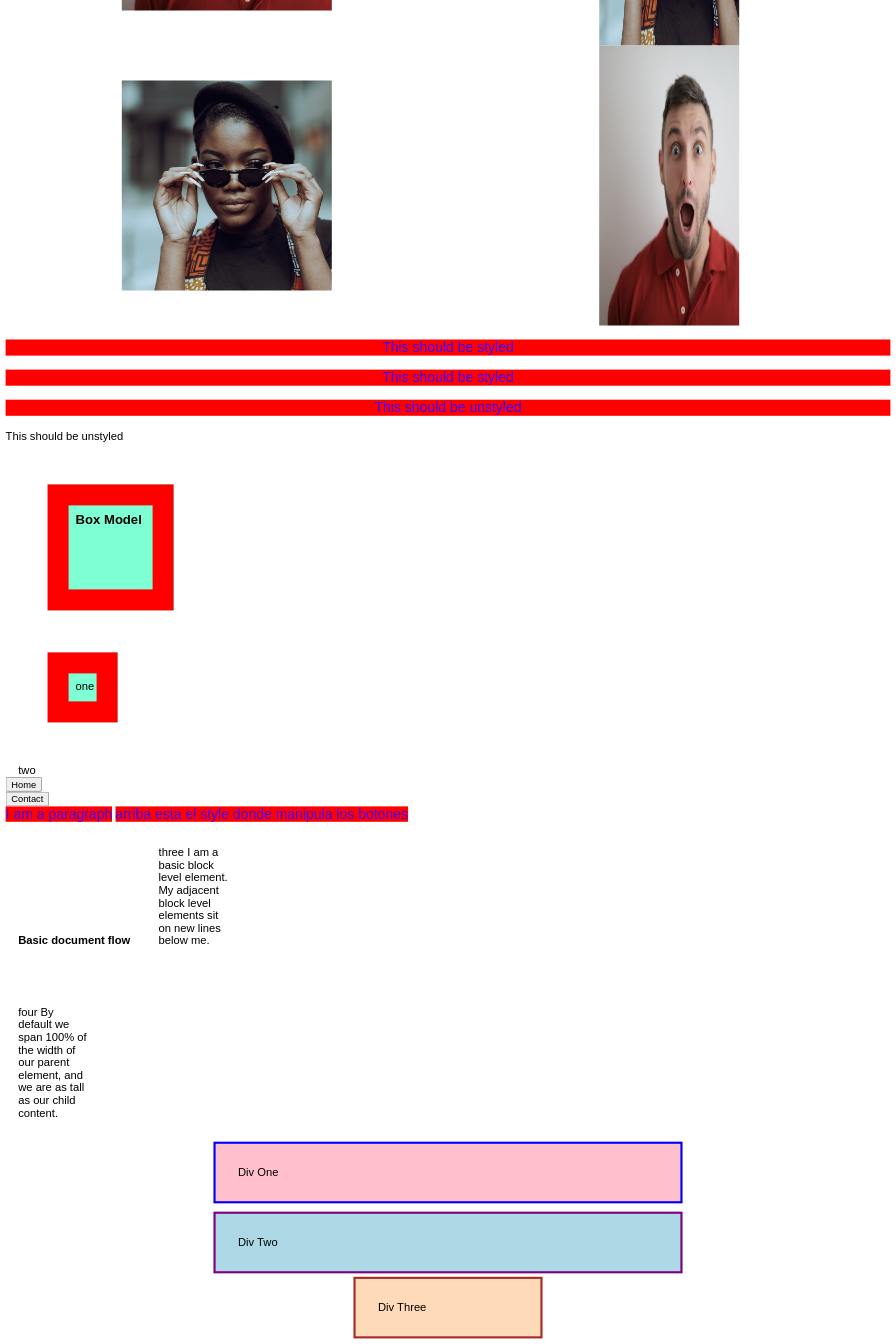
Repository: HeliosAI9/First-test-website
Page: mywebsite/html-boilerplate/pagetwo.html
The author's editor kept a copy of each file at every save. The page is drawn from the files as they stood at one save, then again after the next save.
The browser window is 1280 px wide. The pictures show the part of the page from y = 990 to 2910 px (the page is 2910 px tall), at 70% of full size.

Above is the page before, as saved 2023-05-31 10:02:57.
Not found: mywebsite/html-boilerplate/script.js

After the next save:
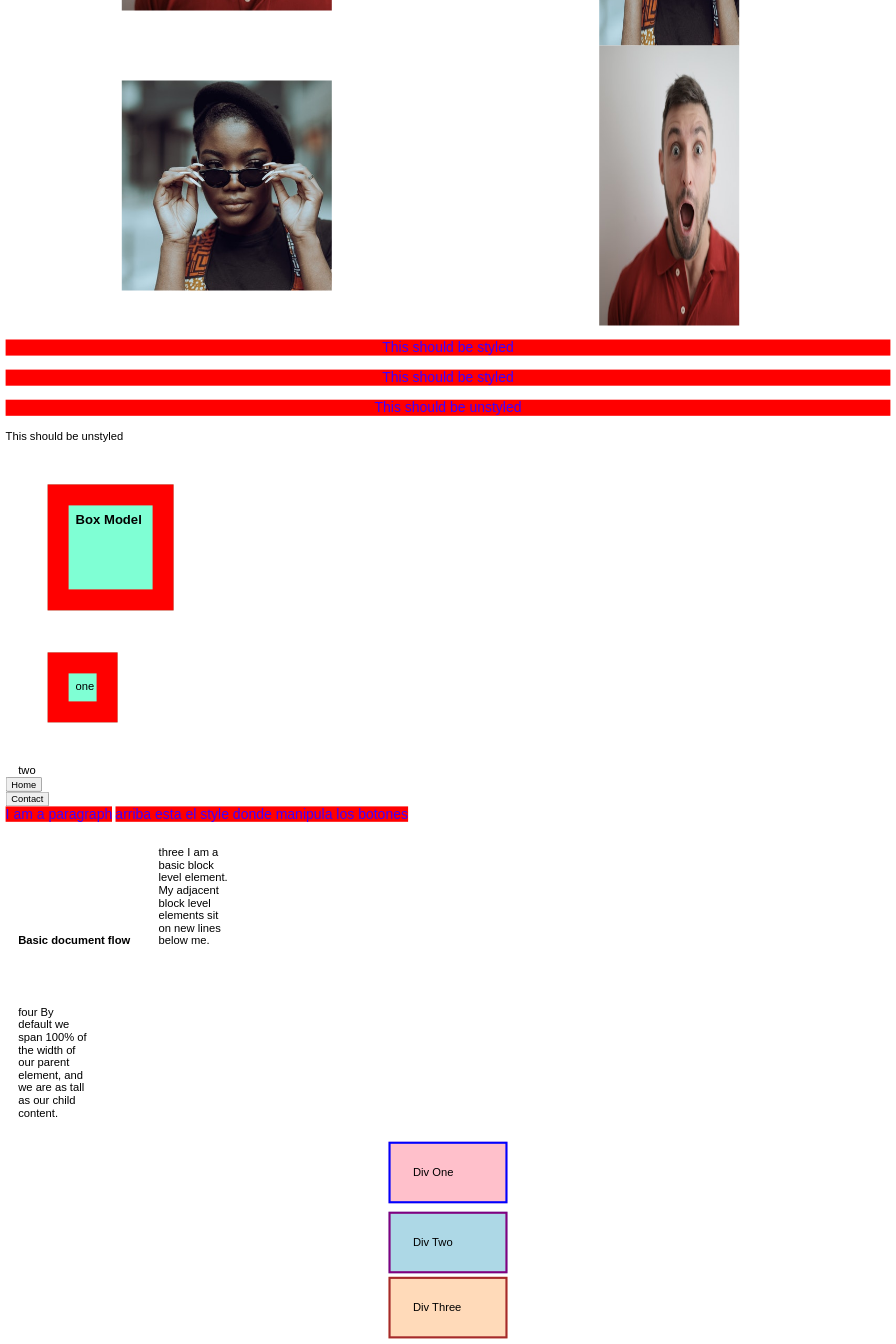
Saved 26 s later.
--- a/mywebsite/html-boilerplate/css/style.css
+++ b/mywebsite/html-boilerplate/css/style.css
@@ -129,7 +129,7 @@
 
   .assignment-div {
     padding: 32px;
-    max-width: 600px;
+    max-width: 100px;
     margin: 0 auto;
   }
 

After the save that followed:
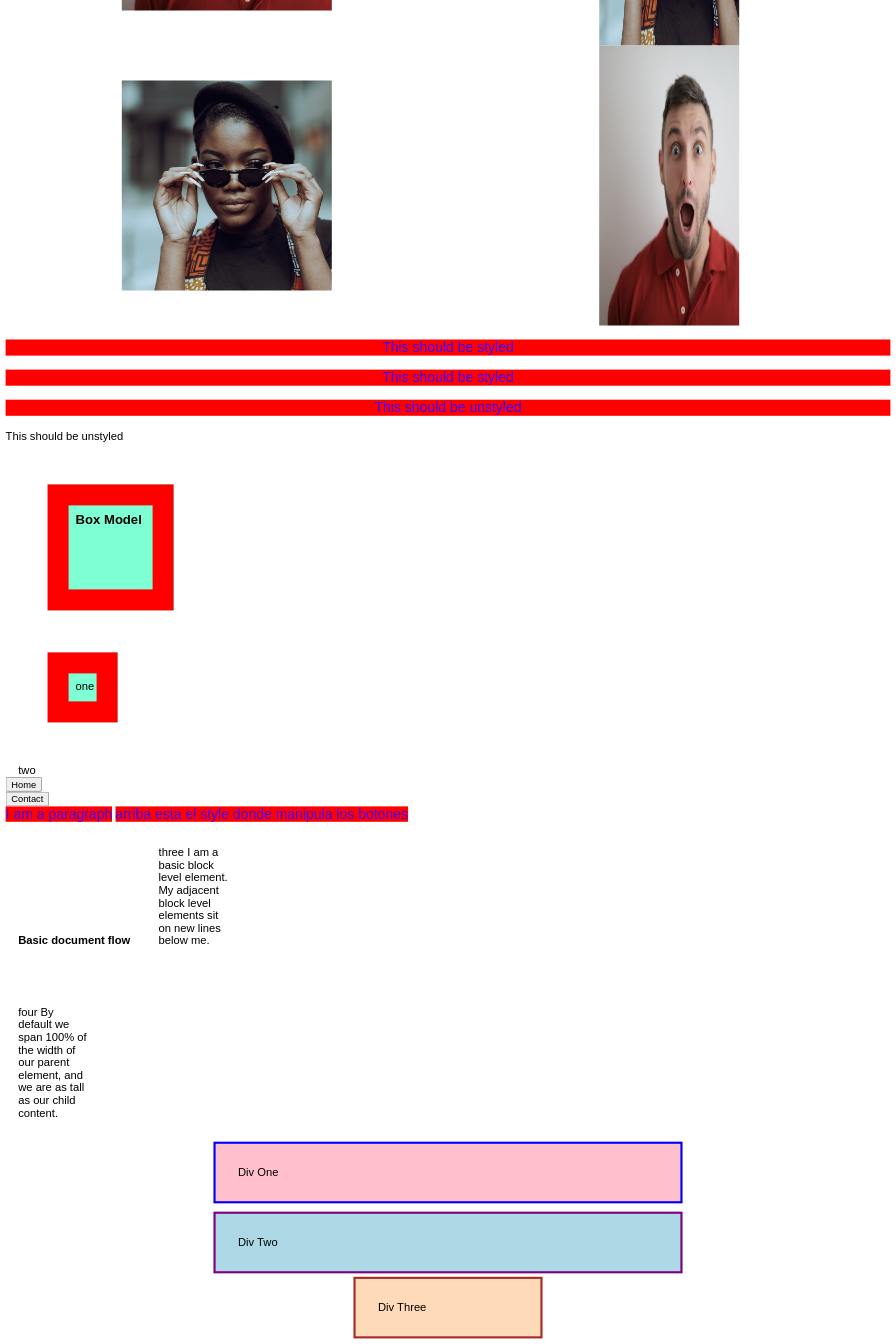
Saved 10 s later.
--- a/mywebsite/html-boilerplate/css/style.css
+++ b/mywebsite/html-boilerplate/css/style.css
@@ -129,7 +129,7 @@
 
   .assignment-div {
     padding: 32px;
-    max-width: 100px;
+    max-width: 600px;
     margin: 0 auto;
   }
 
